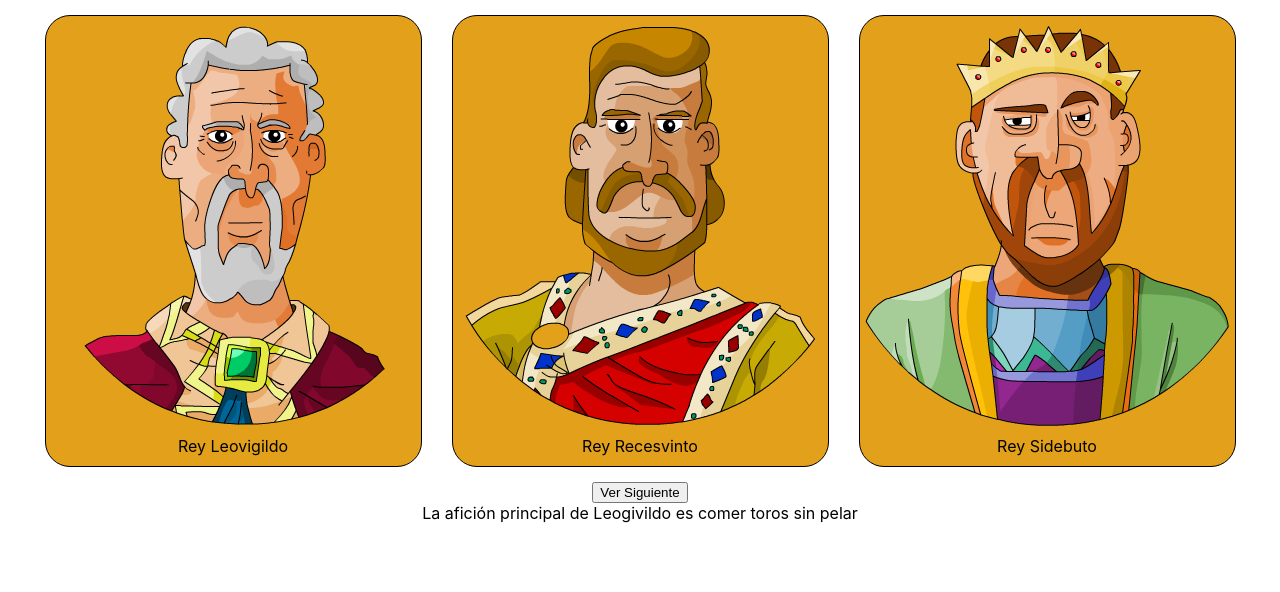
Repository: abgdev1997/ejercicios-react
Page: /
The author's editor kept a copy of each file at every save. The page is drawn from the files as they stood at one save, then again after the next save.
The browser window is 1280 px wide. The pictures show the whole page.
The project was rebuilt for these pictures with package versions that can differ from the ones it lists, and the page was loaded fresh each time.

Above is the page before, as saved 2022-02-22 13:25:16.

### public/index.html
<!DOCTYPE html>
<html lang="en">
  <head>
    <meta charset="utf-8" />
    <link rel="icon" href="%PUBLIC_URL%/favicon.ico" />
    <meta name="viewport" content="width=device-width, initial-scale=1" />
    <meta name="theme-color" content="#000000" />
    <meta
      name="description"
      content="Web site created using create-react-app"
    />
    <link rel="apple-touch-icon" href="%PUBLIC_URL%/logo192.png" />
    <link rel="manifest" href="%PUBLIC_URL%/manifest.json" />
    <title>Reyes Godos</title>
  </head>
  <body>
    <noscript>You need to enable JavaScript to run this app.</noscript>
    <div id="root"></div>
  </body>
</html>

### src/App.js
import "./App.css";
import leovigildo from "./rey_leogivildo.png";
import recesvinto from "./rey_recesvinto.png";
import sisebuto from "./rey_sisebuto.png";
import incognito from "./rey_incognito.png";
import { useState } from "react";

function App() {
  const reyesGodos = [
    {
      nombre: "Leogivildo",
      aficion: "comer toros sin pelar",
    },
    {
      nombre: "Recesvinto",
      aficion: "leer a Hegel en arameo",
    },
    {
      nombre: "Sisebuto",
      aficion: "la cría del escarabajo en almíbar",
    },
  ];

  const [mensaje, setMensaje] = useState(
    `La afición principal de ${reyesGodos[0].nombre} es ${reyesGodos[0].aficion}`
  );

  const [contador, setContador] = useState(1);

  const cambiarImagen = (e) => {
    if (e.target.src.includes("incognito")) {
      e.target.style.visibility = "hidden";
    } else {
      e.target.src = incognito;
    }
    e.target.parentNode.style.backgroundColor = "white";
    e.target.parentNode.style.borderColor = "white";
  };

  const cambiarTexto = (e) => {
    if (e.target.innerHTML.includes("Visto")) {
      e.target.style.visibility = "hidden";
    } else {
      e.target.innerHTML = "Visto";
    }
    e.target.style.backgroundColor = "white";
  };

  const cambiarMensaje = () => {
    setMensaje(
      `La afición principal de ${reyesGodos[contador].nombre} es ${reyesGodos[contador].aficion}`
    );
    if (contador === 2) {
      setContador(0);
    } else {
      setContador(contador + 1);
    }
  };

  return (
    <div className="App">
      <div className="cards-container">
        <div className="img">
          <img onClick={cambiarImagen} alt="Rey Leovigildo" src={leovigildo} />
          <span onClick={cambiarTexto} className="span">
            Rey Leovigildo
          </span>
        </div>
        <div className="img">
          <img onClick={cambiarImagen} alt="Rey Recesvinto" src={recesvinto} />
          <span onClick={cambiarTexto} className="span">
            Rey Recesvinto
          </span>
        </div>
        <div className="img">
          <img onClick={cambiarImagen} alt="Rey Sisebuto" src={sisebuto} />
          <span onClick={cambiarTexto} className="span">
            Rey Sidebuto
          </span>
        </div>
      </div>
      <div className="mensaje-container">
        <button onClick={cambiarMensaje}>Ver Siguiente</button>
        <span>{mensaje}</span>
      </div>
    </div>
  );
}

export default App;

### src/App.css
.App{
  display: flex;
  flex-direction: column;
  justify-content: center;
}

.cards-container {
  display: flex;
  flex-direction: row;
  justify-content: center;
  align-items: center;
}

.mensaje-container {
  display: flex;
  flex-direction: column;
  justify-content: center;
  align-items: center;
}

.img{
  background-color:#E3A11B;
  border-radius: 25px;
  display:flex;
  flex-direction: column;
  align-items:center;
  margin: 15px;
  padding-top: 10px;
  padding-bottom: 10px;
  border: 1px solid black;
}

.span{
  padding-top: 10px;
}

Loaded but not shown: src/index.js (common file); src/index.css (common file)

After the next save:
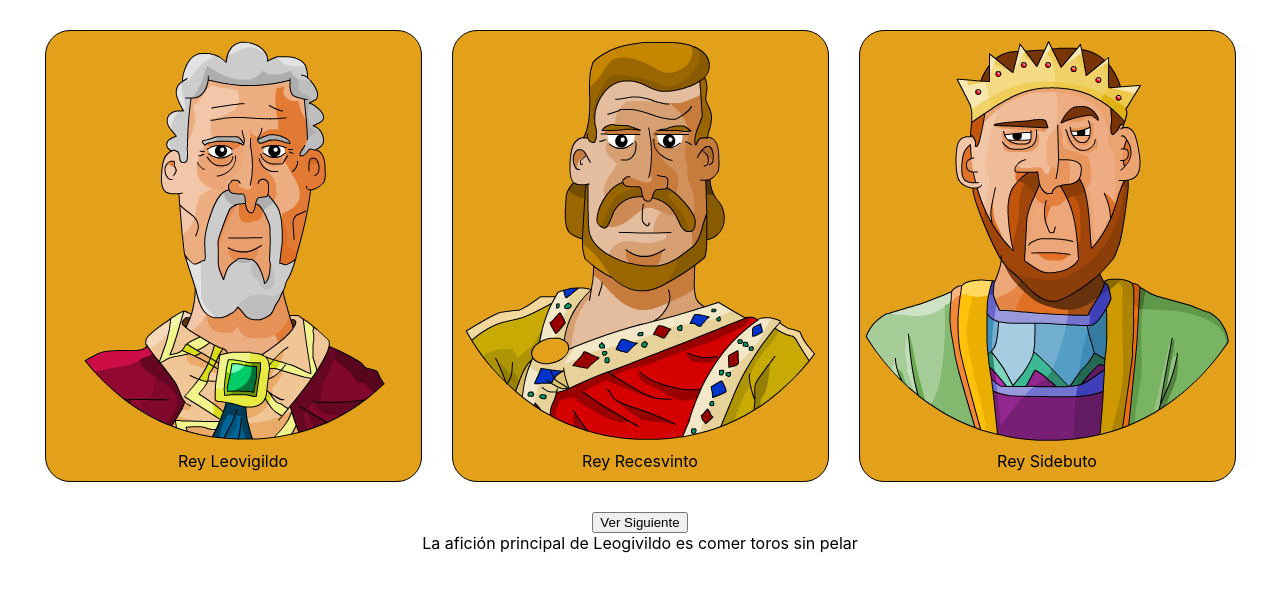
Saved 16 s later.
--- a/src/App.css
+++ b/src/App.css
@@ -9,6 +9,7 @@
   flex-direction: row;
   justify-content: center;
   align-items: center;
+  padding: 15px;
 }
 
 .mensaje-container {
